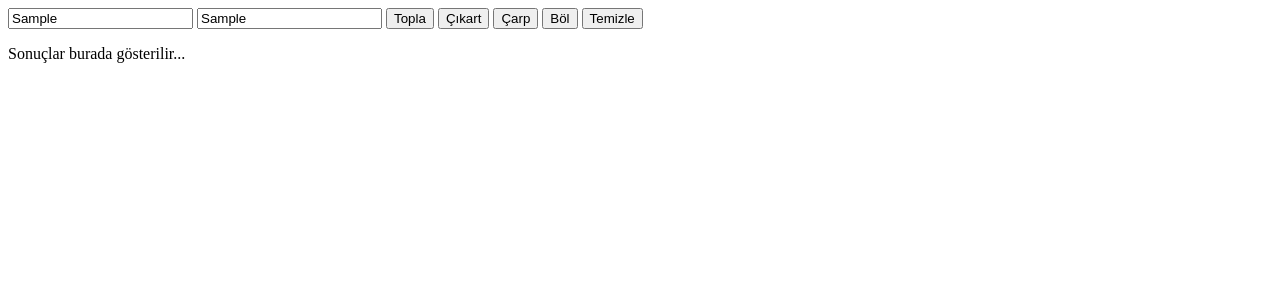
Repository: emrebolukbas/.js-Training-Tobeto
Page: 1.1-DortIslem/public/DortIslem.html
An editor plug-in stored every save of this project. The page is shown before and after the next save, followed by the edit.
The browser window is 1280 px wide. The pictures show the whole page.
Empty fields were first filled with sample values (such as "Sample", 5 or name@example.com).
After loading, the first visible `button[onclick="temizle();"]` was clicked once.

Above is the page before, as saved 2023-10-06 21:47:12.
Console error: ReferenceError: clear is not defined

### 1.1-DortIslem/public/DortIslem.html
<!DOCTYPE html>
<html>
<head>
	<meta charset="UTF-8">
	<title>1.1-Dört İşlem 1.0</title>
	<script type="text/javascript" src="DortIslem.js"></script>

</head>
<body>
	<input id="input-1" type="text">
	<input id="input-2" type="text">
	<button  onclick="topla();"> Topla </button>
	<button  onclick="cıkart();"> Çıkart </button>
	<button  onclick="carp();"> Çarp </button>
	<button  onclick="bol();"> Böl </button>
	<button  onclick="temizle();"> Temizle </button>
	<p id="p-1">Sonuçlar burada gösterilir...</p>
</body>
</html>

### 1.1-DortIslem/public/DortIslem.js
/**
 *
 */

 function topla () {

	 var birinciSayi = +document.getElementById("input-1").value;
	 var ikinciSayi = +document.getElementById("input-2").value;
	 var toplam;

	 toplam = birinciSayi + ikinciSayi;

	 document.getElementById("p-1").innerHTML= toplam

 }

 function cıkart () {

	 var birinciSayi = +document.getElementById("input-1").value;
	 var ikinciSayi = +document.getElementById("input-2").value;
	 var cikar;

	 cikar = birinciSayi - ikinciSayi;

	 document.getElementById("p-1").innerHTML= cikar

 }

  function carp () {

	 var birinciSayi = +document.getElementById("input-1").value;
	 var ikinciSayi = +document.getElementById("input-2").value;
	 var carpma;

	 carpma = birinciSayi * ikinciSayi;

	 document.getElementById("p-1").innerHTML= carpma

 }
  function bol () {

	 var birinciSayi = +document.getElementById("input-1").value;
	 var ikinciSayi = +document.getElementById("input-2").value;
	 var bol;

	 bolme = birinciSayi / ikinciSayi;

	 document.getElementById("p-1").innerHTML= bolme

 }

 function temizle () {

	 clear();
	 document.getElementById("p-1").innerHTML= "Temizlendi...Sonuçlar burada gösterilir..."


 }

After the next save:
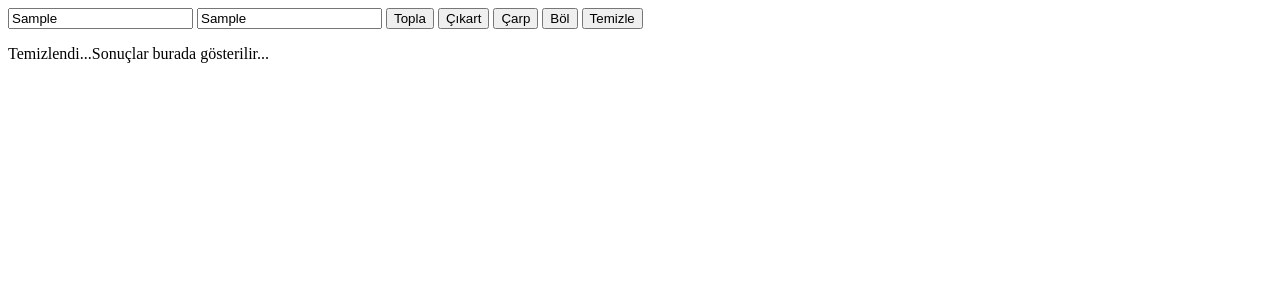
The error is gone.
Saved 104 s later.
--- a/1.1-DortIslem/public/DortIslem.js
+++ b/1.1-DortIslem/public/DortIslem.js
@@ -51,7 +51,8 @@
 
  function temizle () {
 
-	 clear();
+	 var birinciSayi = +document.getElementById("input-1").clear;
+	 var ikinciSayi = +document.getElementById("input-2").clear;
 	 document.getElementById("p-1").innerHTML= "Temizlendi...Sonuçlar burada gösterilir..."
 
 
